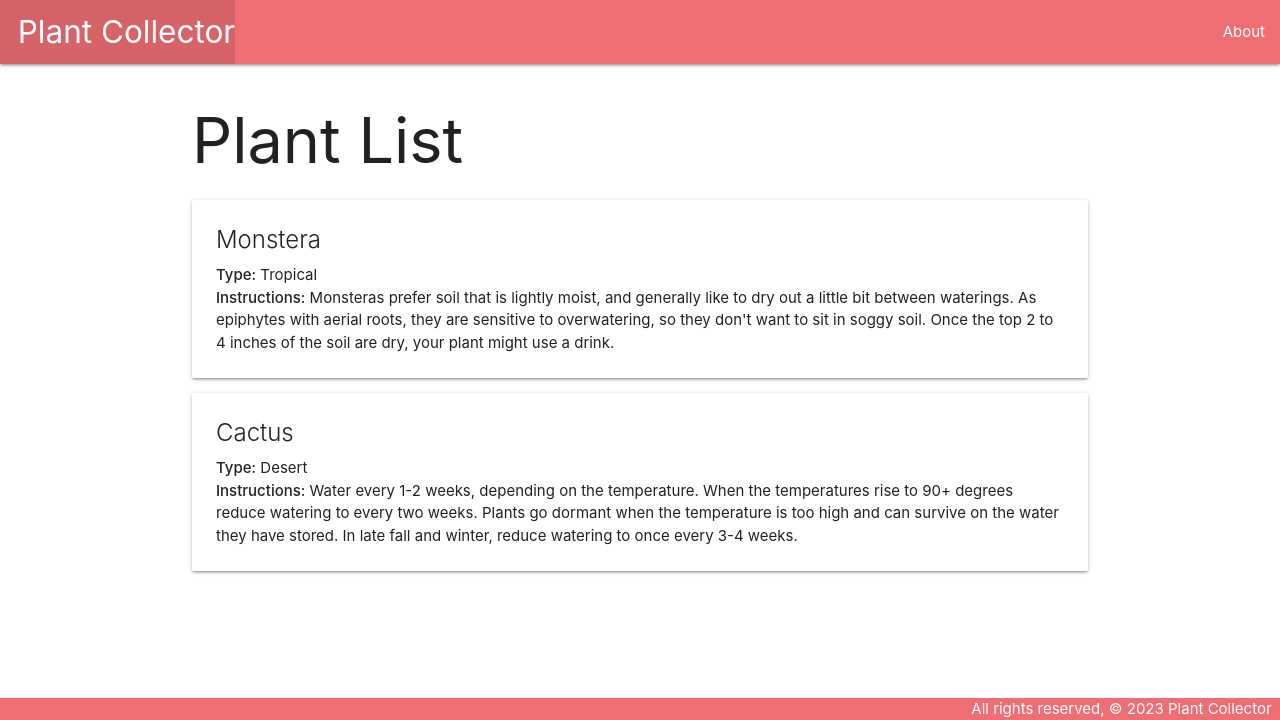
Repository: thecoachanna/plant-collector
Page: http://localhost/plants/
The author's editor kept a copy of each file at every save. The page is drawn from the files as they stood at one save, then again after the next save.
The browser window is 1280 px wide. The pictures show the whole page.
The page is served by the project's application, run on Django 4.2 (manage.py). The page reads the database file committed with the project.

Above is the page before, as saved 2023-03-11 15:37:48.

After the next save:
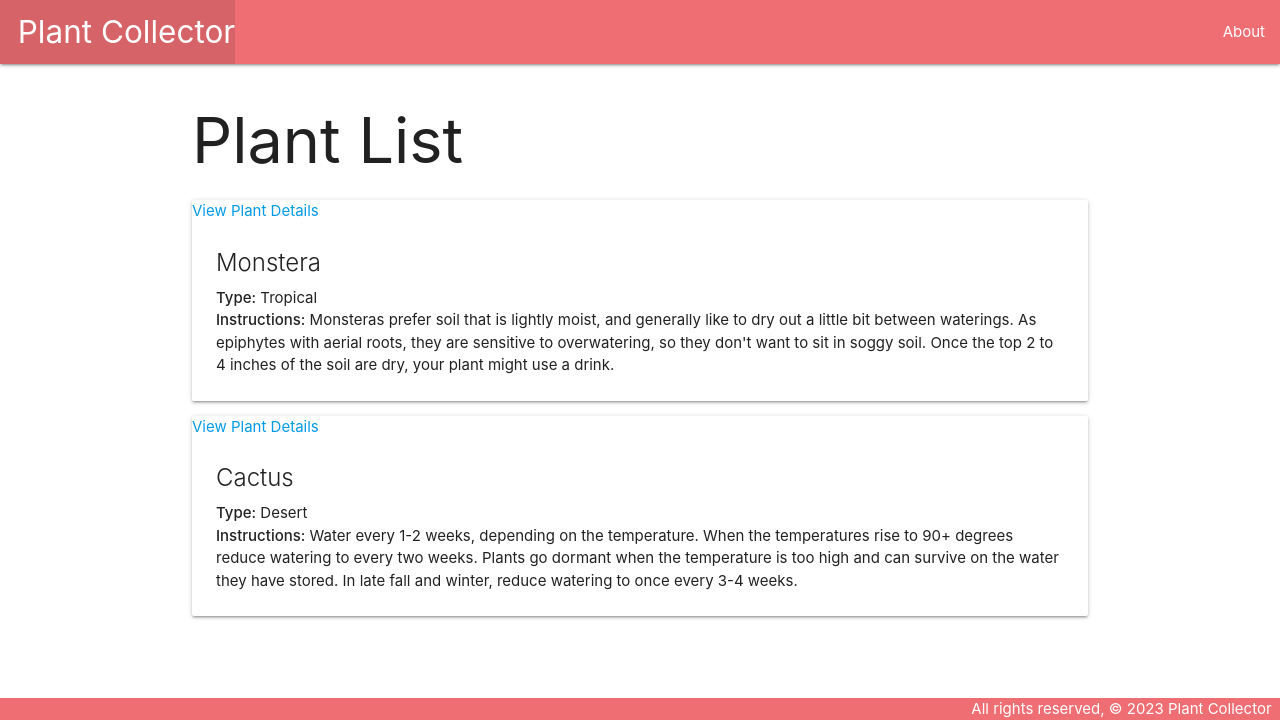
Saved 63 s later.
--- a/main_app/templates/plants/index.html
+++ b/main_app/templates/plants/index.html
@@ -5,7 +5,7 @@
 
 {% for plant in plants %}
   <div class="card">
-    <a href='/plants/{{ plant.id }}'></a>
+    <a href='/plants/{{ plant.id }}'>View Plant Details</a>
     <div class="card-content">
       <span class="card-title">{{ plant.name }}</span>
       <p><strong>Type:</strong> {{ plant.type }}</p>
